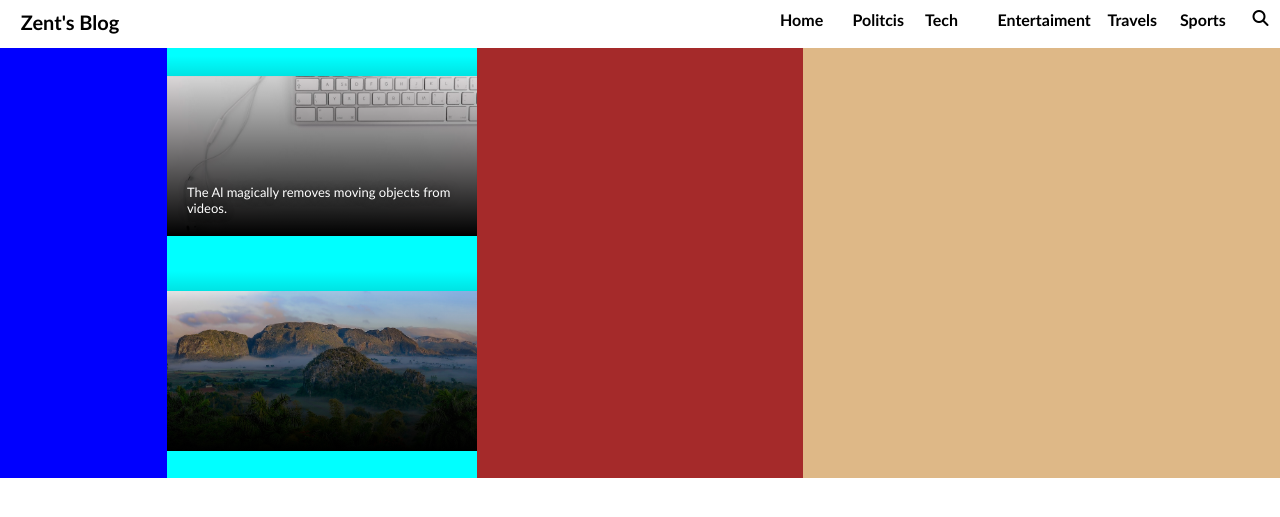
Repository: giacatdat2k5/html3
Page: html3.vs/7.1.html
The author's editor kept a copy of each file at every save. The page is drawn from the files as they stood at one save, then again after the next save.
The browser window is 1280 px wide. The pictures show the whole page.

Above is the page before, as saved 2023-09-27 14:06:34.

After the next save:
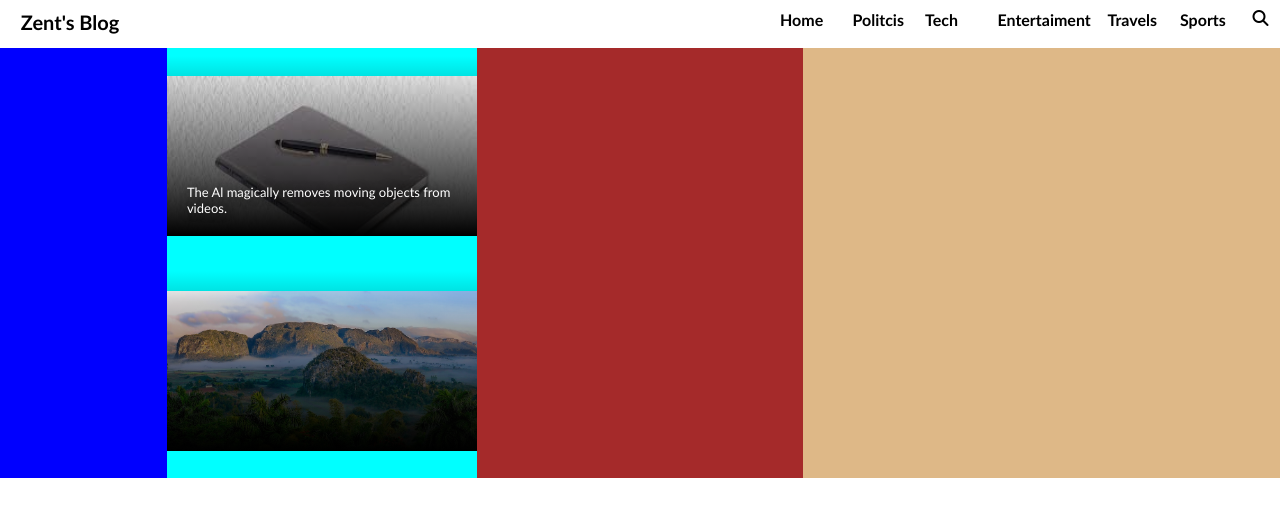
Saved 99 s later.
--- a/html3.vs/7.1.css
+++ b/html3.vs/7.1.css
@@ -65,7 +65,7 @@
     align-items: center;
 }
 .iamge1{
-    background-image: url('image4.jpeg');
+    background-image: url('image5.jpeg');
     background-size: cover;
     width: 100%;
     height: 160px;
